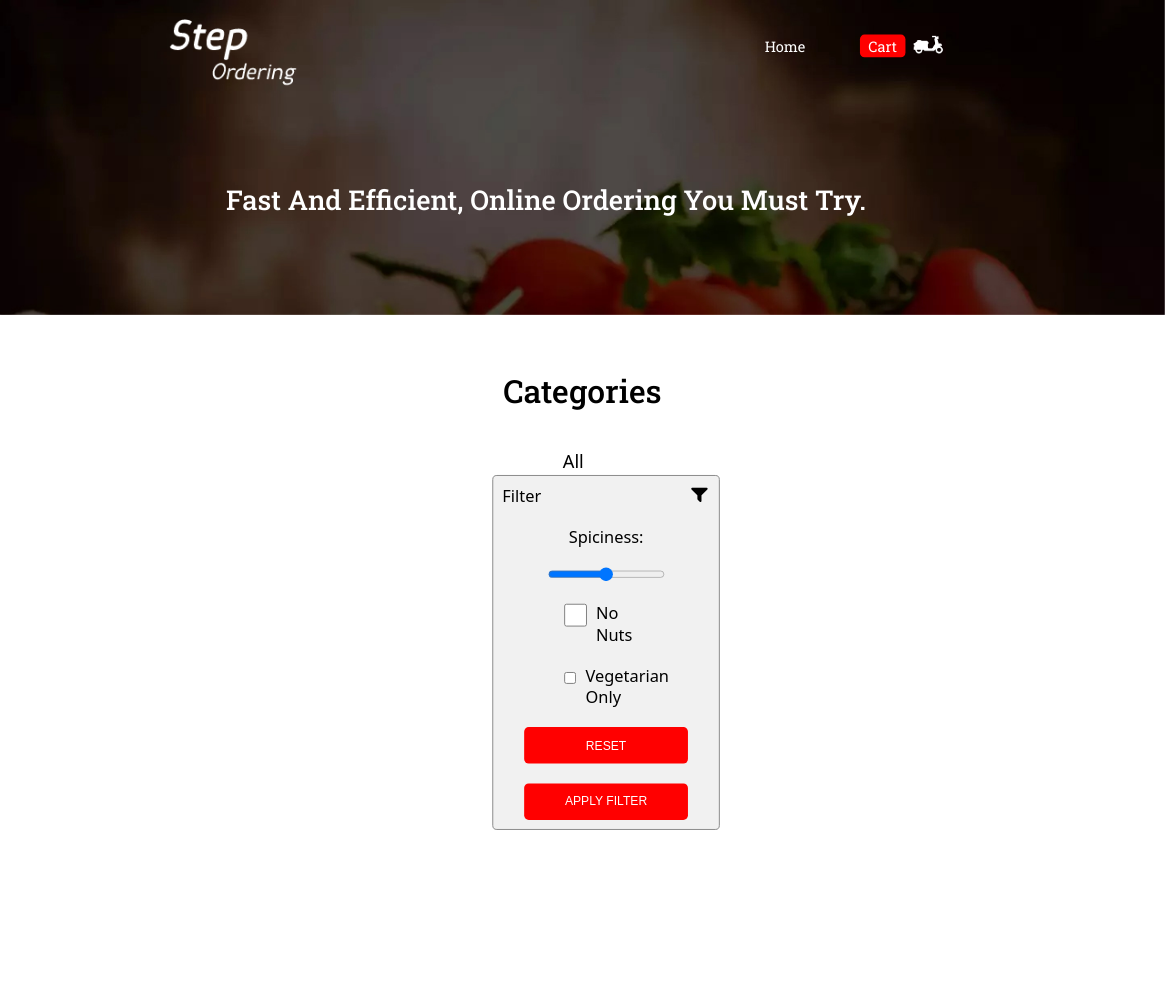
Repository: anastasia29-step/Online-Restaurant
Page: index.html
The author's editor kept a copy of each file at every save. The page is drawn from the files as they stood at one save, then again after the next save.
The browser window is 1280 px wide. The pictures show the whole page, at 91% of full size.
Some web libraries are served in a nearby version.

Above is the page before, as saved 2026-03-10 15:41:12.
Not found: app.js/

### index.html
<!DOCTYPE html>
<html lang="en">

<head>
    <meta charset="UTF-8">
    <meta name="viewport" content="width=device-width, initial-scale=1.0">
    <title>Document</title>
    <link rel="stylesheet" href="style.css">
    <link rel="preconnect" href="https://fonts.googleapis.com">
    <link rel="preconnect" href="https://fonts.gstatic.com" crossorigin>
    <link href="https://fonts.googleapis.com/css2?family=Roboto+Slab:wght@100..900&display=swap" rel="stylesheet">
    <link rel="stylesheet" href="https://cdnjs.cloudflare.com/ajax/libs/font-awesome/7.0.1/css/all.min.css"
        integrity="sha512-2SwdPD6INVrV/lHTZbO2nodKhrnDdJK9/kg2XD1r9uGqPo1cUbujc+IYdlYdEErWNu69gVcYgdxlmVmzTWnetw=="
        crossorigin="anonymous" referrerpolicy="no-referrer" />
</head>

<body>

    <section class="FirstLine">

    <div class="beside" id="navbar">
        <div class="left">
            <a href="./index.html"><img src="./photo/logo.png" alt=""></a>
        </div>

        <div class="right">
            <a href="./index.html">Home</a>
            <a href="./Cart.html" class="a">Cart</a>
            <a href="./Cart.html">
            <img src="./photo/istockphoto-609074524-612x612 Background Removed.png" alt=""></a>
        </div>
    </div>

    <div class="bottom">
        <h1>Fast And Efficient, Online Ordering You Must Try.</h1>
    </div>

</section>
    <section class="section">
        <h1>Categories</h1>
        <ul>
            <li onclick="showAll()">All</li>
        </ul>
    </section>
    <form class="sectionCard">
        <div class="leftSide">
            <div class="filteredCard">
                <div class="first">
                    <p>Filter</p>
                    <i class="fa-solid fa-filter"></i>
                </div>
                <p>Spiciness:</p>
                <input type="range">
                <div class="next">
                    <input type="checkbox">
                    <p>No Nuts</p>
                </div>
                <div class="next">
                    <input type="checkbox">
                    <p>Vegetarian Only</p>
                </div>
                <button class="reset" onclick="reset()">RESET</button>
                <button class="apply" onclick="apply()">APPLY FILTER</button>
            </div>
        </div>
        <div class="rightSide">

        </div>
    </form>




    <script src="app.js\"></script>
</body>

</html>

### style.css
* {
    margin: 0;
    padding: 0;
    box-sizing: border-box;
}

.section {
    display: flex;
    flex-direction: column;
    justify-content: center;
    align-items: center;
    padding: 60px;
    gap: 10px;
}

.section h1 {
    font-style: bold;
    font-family: "Roboto Slab", serif;
    font-weight: 900;
}

ul {
    display: flex !important;
    justify-content: center;
    height: 90px;
    width: 1110px;
    flex-wrap: wrap;
    list-style: none;
    gap: 20px;
    font-family: system-ui, -apple-system, BlinkMacSystemFont, 'Segoe UI', Roboto, Oxygen, Ubuntu, Cantarell, 'Open Sans', 'Helvetica Neue', sans-serif;
    border-bottom: 3px wavy red;
    align-items: center;
}

ul::after {
    content: "";
    display: block;
    height: 6px;
    background-image: url("border.png");
    background-repeat: repeat-x;
    background-position: bottom;
}

.FirstLine {
    height: 48vh;
    background-image: url(./photo/inner_banner.jpg);
    background-position: center;
    background-repeat: no-repeat;
    background-size: cover;
    padding-left: 170px;
    padding-top: 20px;
}

.beside{
    position: fixed;
    top:0;
    left:0;
    width:100%;
    display:flex;
    justify-content:space-between;
    padding:20px 170px;
    transition:0.3s;
    z-index:1000;
}

.beside.active {
    backdrop-filter: blur(10px);
    background: rgba(0,0,0,0.6);
}

.beside.active::after {
    content:"";
    position:absolute;
    bottom:0;
    left:0;
    width:100%;
    height:6px;
    background-image:url("photo/border.png");
    background-repeat:repeat-x;
}

.beside .right {
    display: flex;
    gap: 20px;
    padding-right: 60px;
    padding-top: 20px;
}

.FirstLine .right :first-child:hover {
    color: #FFCC00;
}

.beside .right a {
    text-decoration: none;
    color: white;
    font-family: "Roboto Slab", serif;
}

.beside .right .a {
    background-color: red;
    width: 50px;
    height: 25px;
    padding-top: 2px;
    text-align: center;
    border-radius: 5px;
    margin-top: -2px;
    margin-left: 40px;
}

.beside .right .a:hover+a img {
    transform: translateX(50px);
}

.beside .right img {
    width: 60px;
    margin-top: -21px;
    margin-left: -25px;
    transition: transform 3.0s;
}

.FirstLine .bottom h1 {
    text-align: center;
    color: white;
    margin-top: 180px;
    margin-right: 250px;
    font-size: 30px;
    font-weight: 500;
    font-family: "Roboto Slab", serif;
}

.section h1 {
    font-weight: 500;
    font-size: 35px;
}

ul li {
    height: 100%;
    font-size: 20px;
    cursor: pointer;
    transition: 0.3s;
    display: flex;
    justify-content: center;
    align-items: center;

}

ul li:hover {
    background-color: red;
    color: white;

}

.sectionCard {
    display: flex;
    width: 100%;
    height: 100vh;
    padding: 60px;
    gap: 10px;
    justify-content: center;
    margin-top: -230px;
}
.leftSide{
    width: 30%;
    padding: 80px;
}
.filteredCard {
    width: 250px;
    height: 390px;
    display: flex;
    flex-direction: column;
    justify-content: space-between;
    align-items: center;
    padding: 10px;
    background-color: #F1F1F1;
    border: 1px solid grey;
    border-radius: 5px;
    font-family: system-ui, -apple-system, BlinkMacSystemFont, 'Segoe UI', Roboto, Oxygen, Ubuntu, Cantarell, 'Open Sans', 'Helvetica Neue', sans-serif;
    font-size: 18px;
}

.first {
    display: flex;
    width: 100%;
    justify-content: space-between;
}

.next {
    display: flex;
    width: 40%;
    gap: 10px;
    justify-content: flex-start;
}

.next input {
    width: 30px;
    height: 30px;
}

.filteredCard button {
    height: 40px;
    width: 180px;
    background-color: red;
    color: white;
    border: none;
    border-radius: 5px;
    cursor: pointer;
    transition: 0.5s;
}

.filteredCard button:hover {
    background-color: #FFCC00;
}

.rightSide {
    display: flex;
    justify-content: center;
    flex-wrap: wrap;
    gap: 30px;
}

.card {
    width: 270px;
    height: 420px;
    display: flex;
    flex-direction: column;
    align-items: center;
    justify-content: space-between;
    padding-bottom: 15px;
    border: 1px solid grey;
    border-radius: 17px;
}

.card img {
    width: 100%;
    height: 200px;
    object-fit: cover;
    border-top-left-radius: 17px;
    border-top-right-radius: 17px;
    background-color:#CFCFCF;
}
.card h1{
    font-size: 20px;
    font-family: system-ui, -apple-system, BlinkMacSystemFont, 'Segoe UI', Roboto, Oxygen, Ubuntu, Cantarell, 'Open Sans', 'Helvetica Neue', sans-serif;
}
.sides {
    display: flex;
    justify-content: center;
    gap: 7px;
}

.checks {
    display: flex;
    gap: 3px;
}

.card .bottom {
    width: 100%;
    padding: 10px;
    display: flex;
    justify-content: space-between;
    align-items: center;
}

.card .bottom button {
    height: 40px;
    width: 120px;
    display: flex;
    justify-content: center;
    align-items: center;
    border: 1px solid black;
}

After the next save:
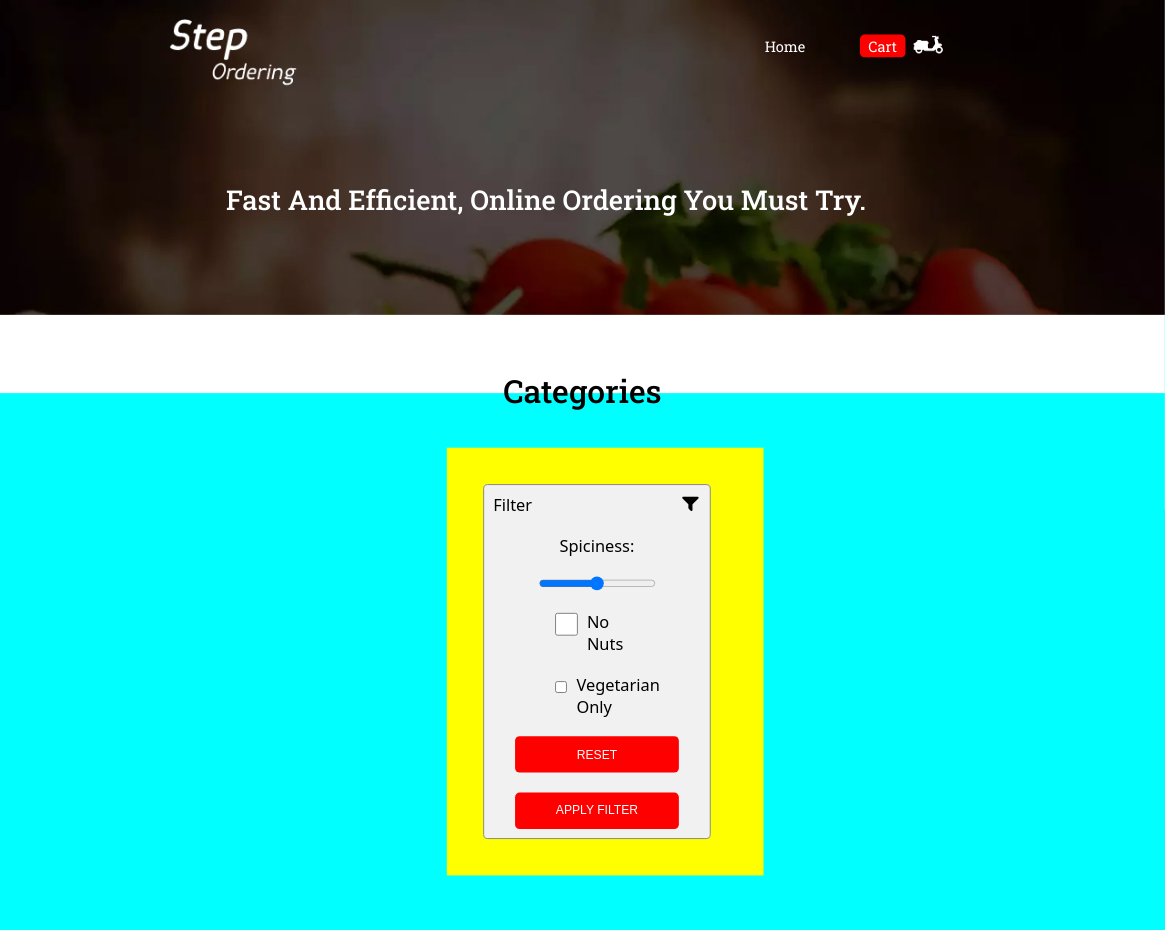
Saved 5 min 29 s later.
--- a/style.css
+++ b/style.css
@@ -65,7 +65,7 @@ ul::after {
 
 .beside.active {
     backdrop-filter: blur(10px);
-    background: rgba(0,0,0,0.6);
+    background: rgba(0,0,0,0.9);
 }
 
 .beside.active::after {
@@ -153,15 +153,16 @@ ul li:hover {
 .sectionCard {
     display: flex;
     width: 100%;
-    height: 100vh;
     padding: 60px;
-    gap: 10px;
-    justify-content: center;
-    margin-top: -230px;
+    justify-content: center;
+    margin-top: -180px;
+    background-color: aqua;
 }
 .leftSide{
     width: 30%;
-    padding: 80px;
+    padding: 40px;
+    background-color: yellow;
+    margin-left: 50px;
 }
 .filteredCard {
     width: 250px;
@@ -216,6 +217,7 @@ ul li:hover {
     justify-content: center;
     flex-wrap: wrap;
     gap: 30px;
+    background-color: red;
 }
 
 .card {
